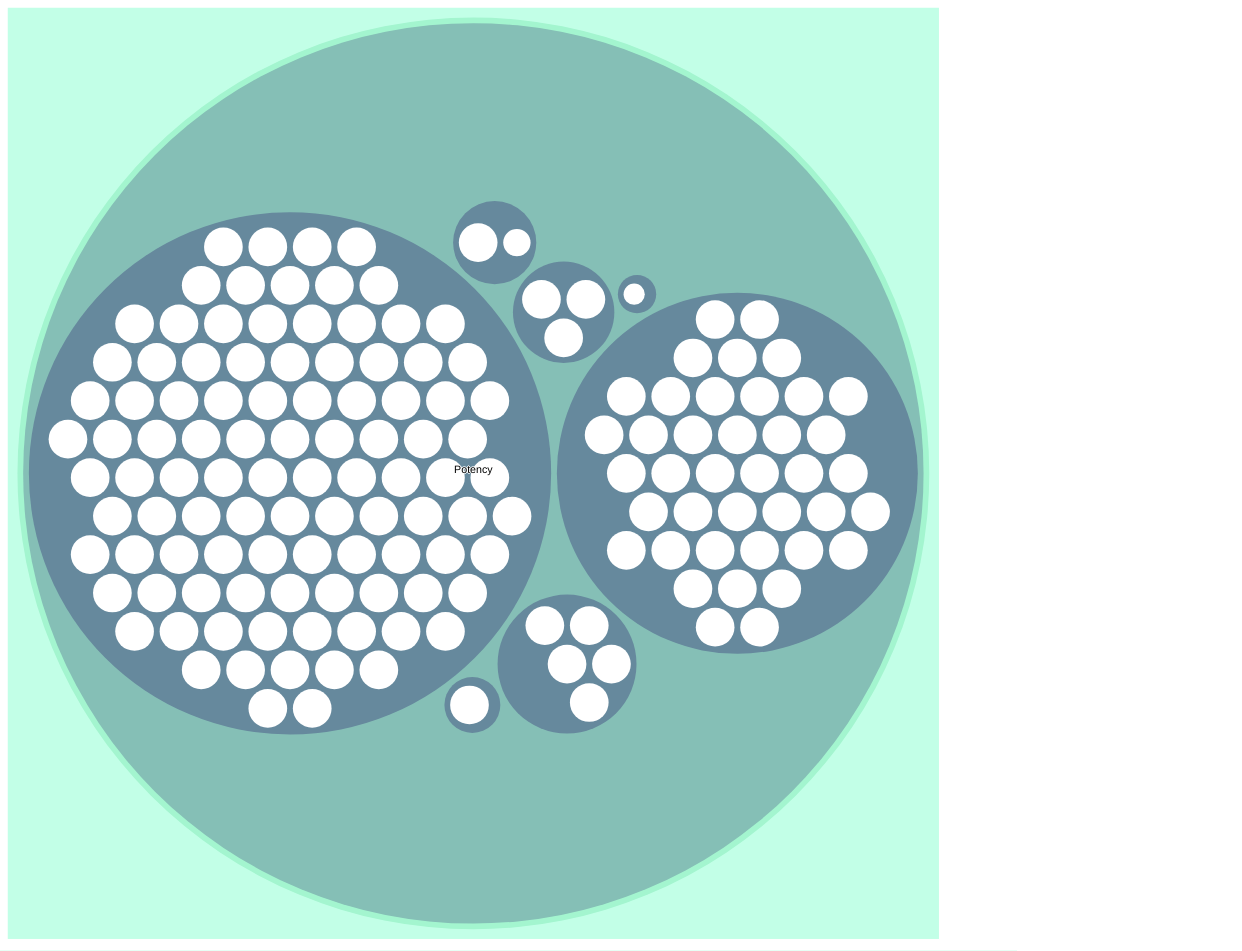
Repository: m0llyc00k/ms-2
Page: clusters/index.html
The author's editor kept a record of every edit. The page is drawn from the files as they stood at one moment, then again after the next edit.
The browser window is 1280 px wide. The pictures show the whole page, at 97% of full size.

Above is the page before.

After the next edit:
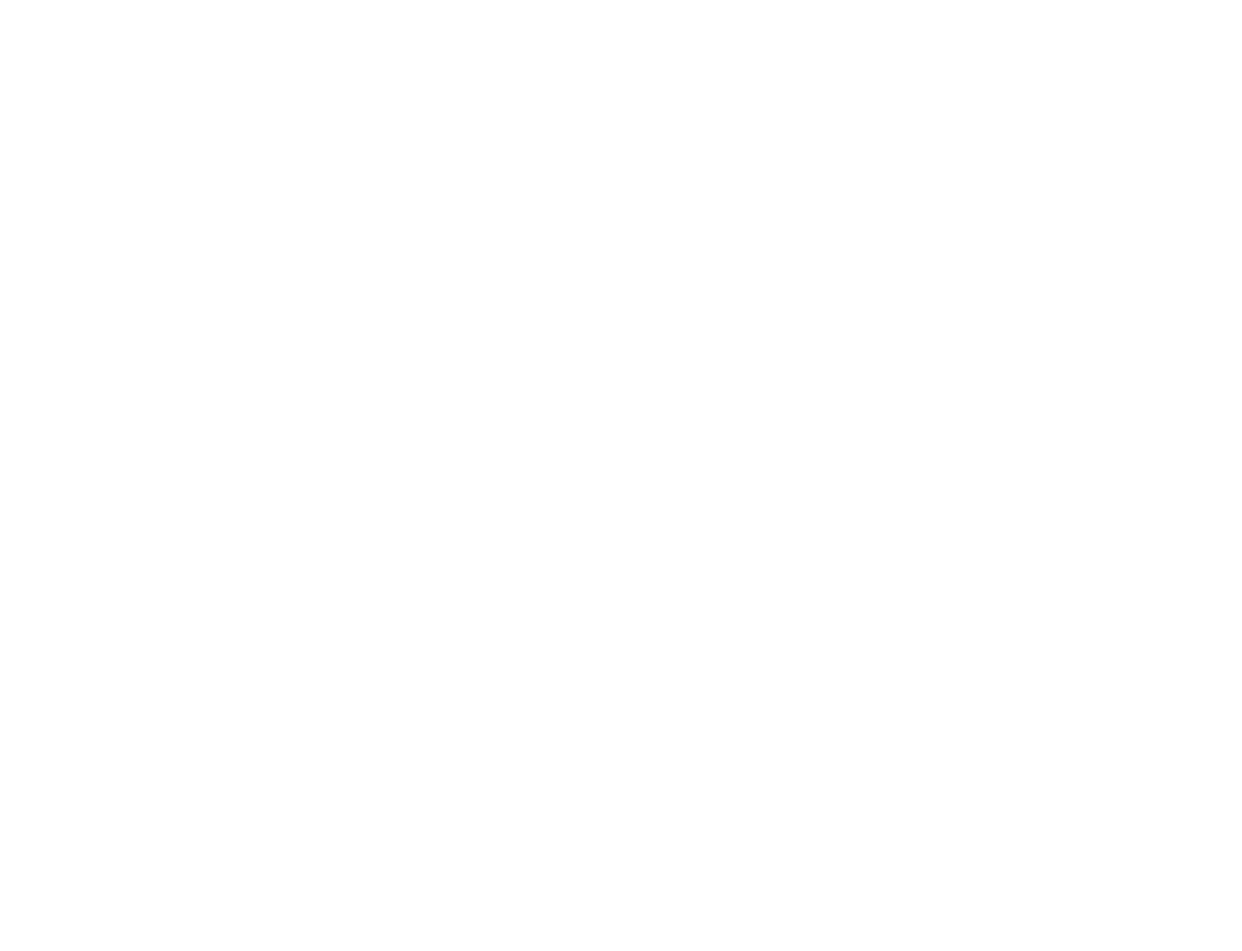
Console error: ReferenceError: handlemouseover is not defined
The edit:
--- a/clusters/index.html
+++ b/clusters/index.html
@@ -63,7 +63,43 @@
     .join("circle")
       .attr("class", function(d) { return d.parent ? d.children ? "node" : "node node--leaf" : "node node--root"; })
       .style("fill", function(d) { return d.children ? color(d.depth) : null; })
-      .on("click", function(d) { if (focus !== d) zoom(d), event.stopPropagation(); }); //removed d3
+      .on("click", function(d) { if (focus !== d) zoom(d), event.stopPropagation(); }) //removed d3
+      .on("mouserover", handlemouseover)
+      .on("mouseout", handlemouseout)
+
+
+
+      function handleMouseOver(d, i) {  // Add interactivity
+
+            // Use D3 to select element, change color and size
+            d3.select(this).attr({
+              fill: "orange",
+              r: radius * 2
+            });
+
+            // Specify where to put label of text
+            svg.append("text").attr({
+               id: "t" + d.x + "-" + d.y + "-" + i,  // Create an id for text so we can select it later for removing on mouseout
+                x: function() { return xScale(d.x) - 30; },
+                y: function() { return yScale(d.y) - 15; }
+            })
+            .text(function() {
+              return [d.x, d.y];  // Value of the text
+            });
+          }
+
+      function handleMouseOut(d, i) {
+            // Use D3 to select element, change color back to normal
+            d3.select(this).attr({
+              fill: "black",
+              r: radius
+            });
+
+            // Select text by id and then remove
+            d3.select("#t" + d.x + "-" + d.y + "-" + i).remove();  // Remove text location
+          }
+
+
 
   var text = g.selectAll("text")
     .data(nodes)

After the edit that followed:
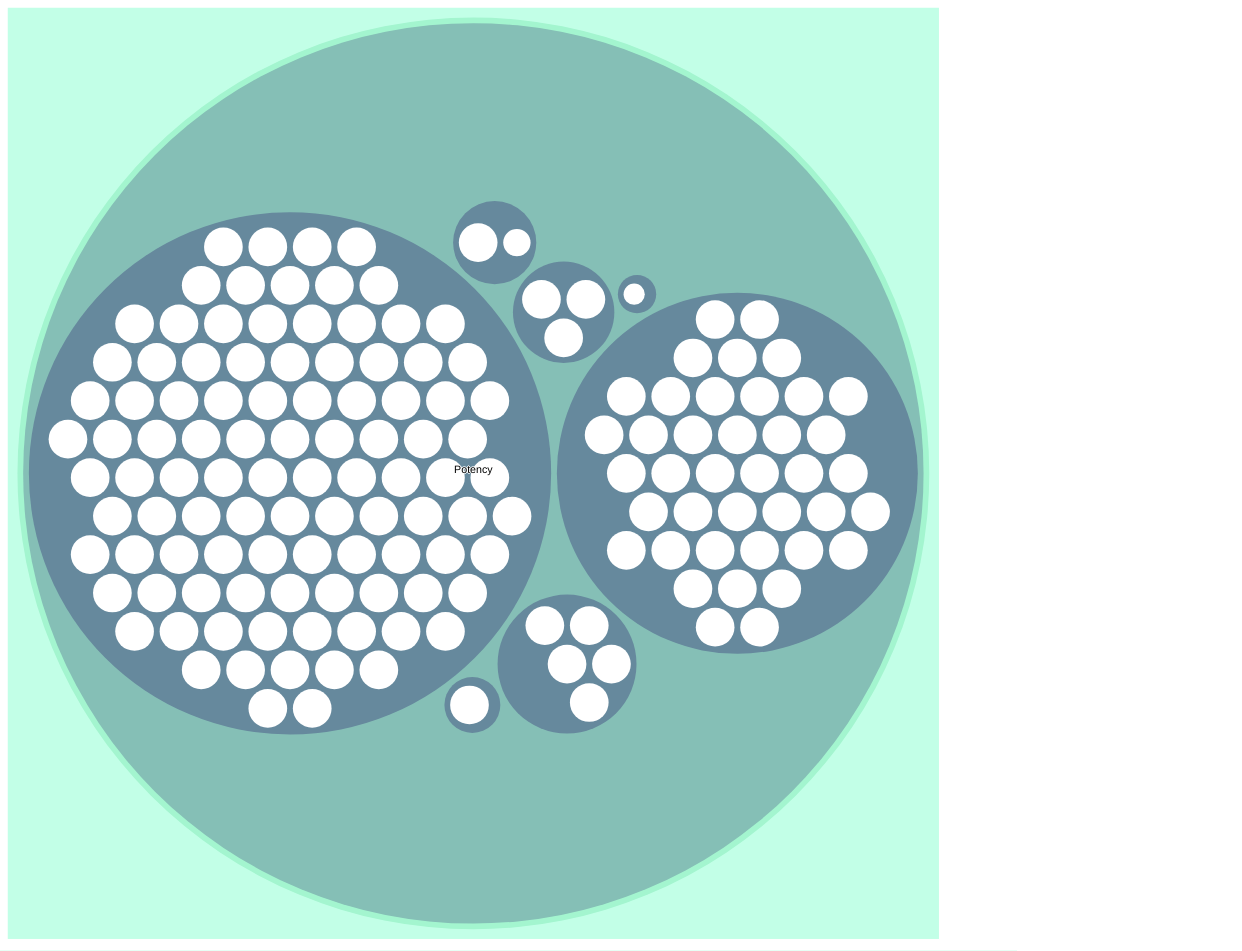
The error is gone.
The edit:
--- a/clusters/index.html
+++ b/clusters/index.html
@@ -64,8 +64,8 @@
       .attr("class", function(d) { return d.parent ? d.children ? "node" : "node node--leaf" : "node node--root"; })
       .style("fill", function(d) { return d.children ? color(d.depth) : null; })
       .on("click", function(d) { if (focus !== d) zoom(d), event.stopPropagation(); }) //removed d3
-      .on("mouserover", handlemouseover)
-      .on("mouseout", handlemouseout)
+      .on("mouserover", handleMouseOver)
+      .on("mouseout", handleMouseOut)
 
 
 
